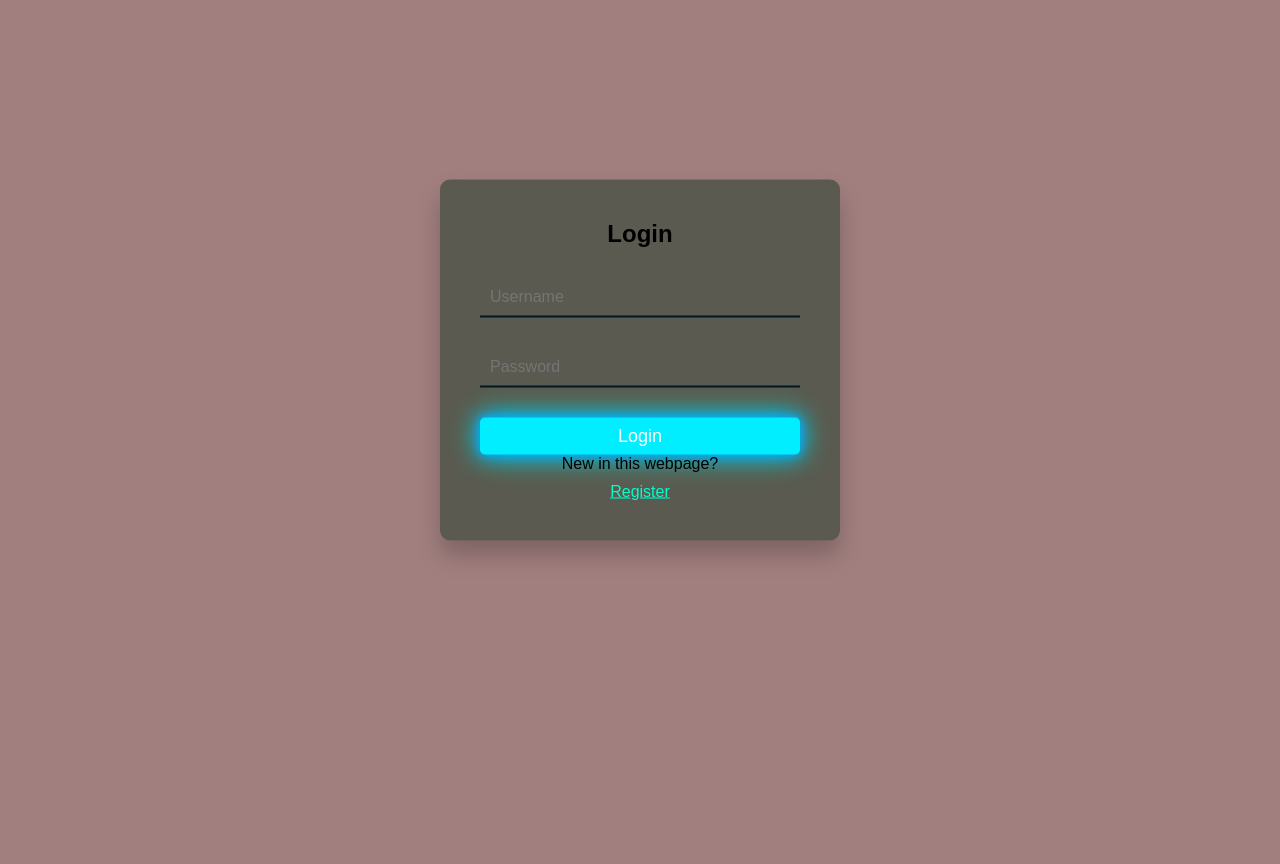
Repository: SRBshakib/Safe-Food---DBMS-project
Page: Organaization/login.html
These files come from the project's save history. The page is drawn as it stood at one moment and after the next save; the edit follows.
The browser window is 1280 px wide. The pictures show the whole page.
The pointer rests on the first visible `.btn`.

Above is the page before, as saved 2024-11-10 22:08:54.

### Organaization/login.html
<!DOCTYPE html>
<html lang="en">
<head>
    <meta charset="UTF-8">
    <meta name="viewport" content="width=device-width, initial-scale=1.0">
    <title>Welcome to our organization</title>
    <link rel="stylesheet" href="style_login.css"> <!-- Link to the CSS file -->
</head>
<body>
    <div class="login-box">
        <h2>Login</h2>
        <form>
            <div class="textbox">
                <input type="text" placeholder="Username" required>
            </div>
            <div class="textbox">
                <input type="password" placeholder="Password" required>
            </div>
            <button type="submit" class="btn">Login</button>
            <p>New in this webpage?</p>
            <p class="register">Register</p>
        </form>
    </div>
</body>
</html>

### Organaization/style_login.css

*{

    margin: 0;
    padding: 0;
    box-sizing: border-box;
    font-family: Arial, sans-serif;
}

body {
    display: flex;
    justify-content: center;
    align-items: center;
    height: 120vh;
    background-color: #46000080;
    color: rgb(0, 0, 0);
}

.login-box {
    position: absolute;
    top: 50%;
    left: 50%;
    width: 400px;
    padding: 40px;
    transform: translate(-50%, -50%);
    background: rgba(0, 44, 22, 0.445);
    box-shadow: 0 15px 25px rgba(0, 0, 0, 0.219);
    border-radius: 10px;
    text-align: center;
}

.login-box h2 {
    margin-bottom: 30px;
}

.textbox {
    position: relative;
    margin-bottom: 30px;
    border-bottom: 2px solid #001920;
}

.textbox input {
    width: 100%;
    padding: 10px;
    font-size: 16px;
    background: none;
    border: none;
    outline: none;
    color: #ffffff;
}

.btn {
    display: inline-block;
    width: 100%;
    padding: 8px;
    background: #005e03c5;
    border: none;
    outline: none;
    color: #fff;
    font-size: 18px;
    cursor: pointer;
    border-radius: 5px;
    transition: background 0.3s, box-shadow 0.3s;
}

.btn:hover {
    background: #00eeff;
    box-shadow: 0 0 10px #00b7ff, 0 0 20px #008cff, 0 0 30px #00ffcc;
}

.register {
    color: #00ffcc;
    cursor: pointer;
    margin-top: 10px;
    text-decoration: underline;
}

After the next save:
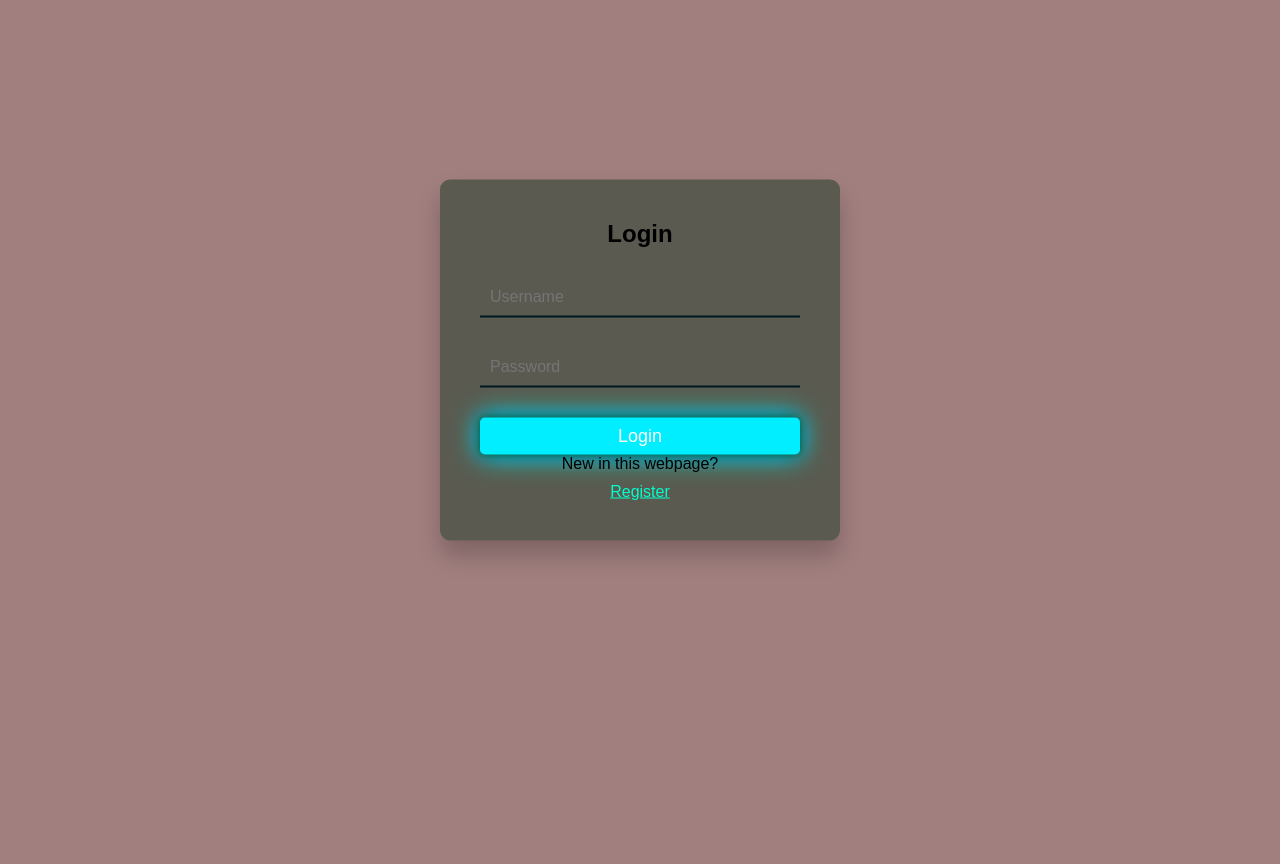
Saved 13 s later.
--- a/Organaization/style_login.css
+++ b/Organaization/style_login.css
@@ -65,7 +65,7 @@ body {
 
 .btn:hover {
     background: #00eeff;
-    box-shadow: 0 0 10px #00b7ff, 0 0 20px #008cff, 0 0 30px #00ffcc;
+    box-shadow: 0 0 10px #004e0d, 0 0 20px #008cff, 0 0 30px #00ffcc;
 }
 
 .register {
